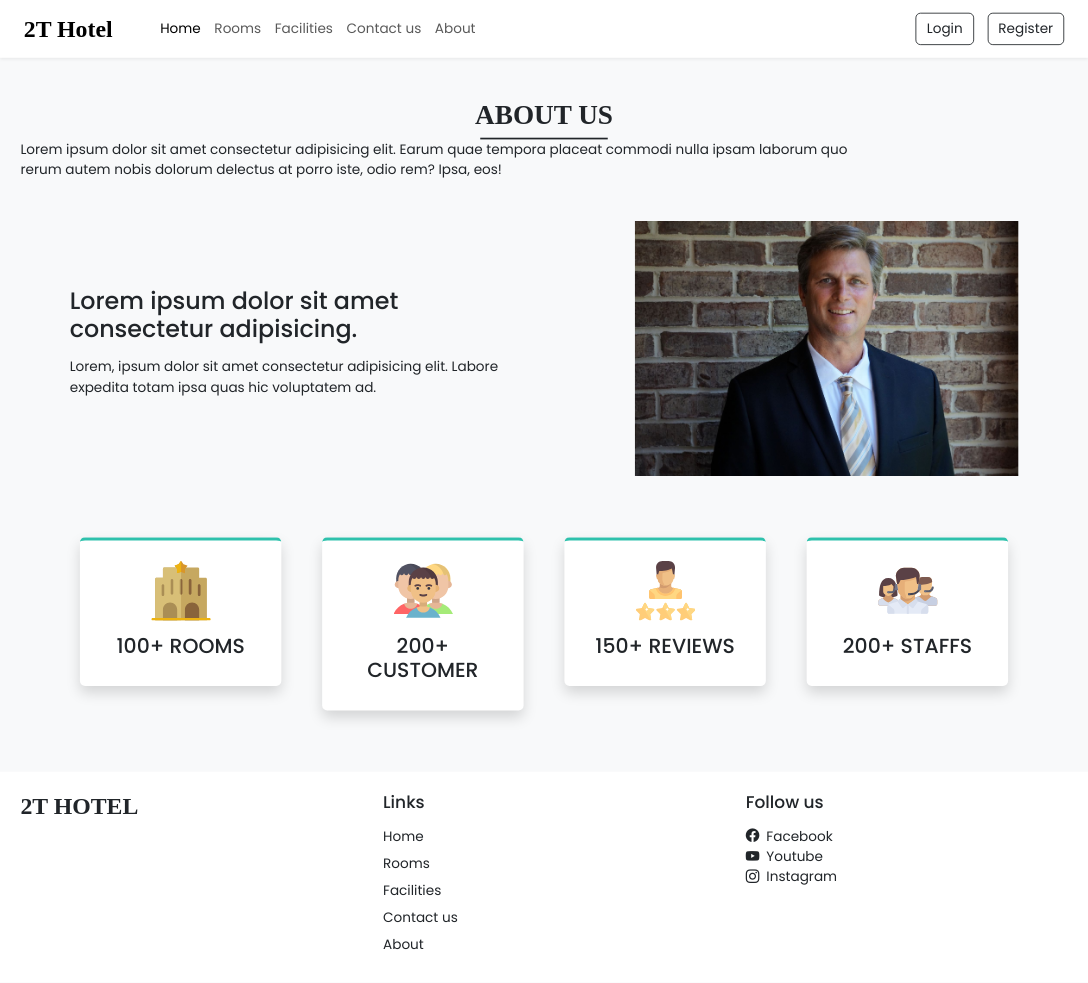
Repository: ntruong0906/desktop-tutorial
Page: http://localhost/about.php
The author's editor kept a copy of each file at every save. The page is drawn from the files as they stood at one save, then again after the next save.
The browser window is 1280 px wide. The pictures show the whole page, at 85% of full size.
Some web fonts or font styles are not loaded; a fallback is used. The page is run by PHP 8.4 with error messages shown; the project is at /var/www/html/.

Above is the page before, as saved 2024-03-19 00:26:48.

After the next save:
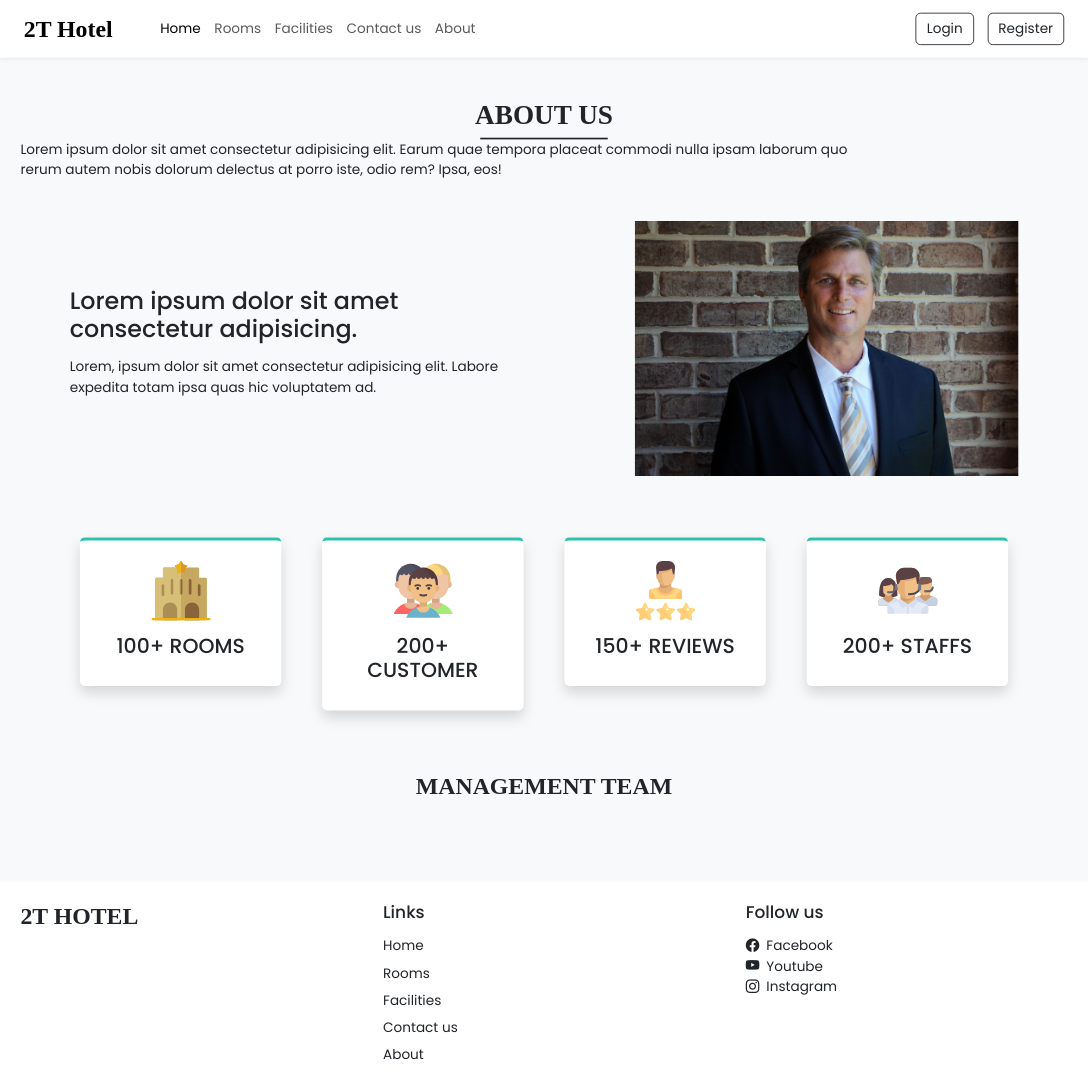
Saved 4 min 35 s later.
--- a/WebsiteBookingHotel/about.php
+++ b/WebsiteBookingHotel/about.php
@@ -76,6 +76,7 @@
                     <h4 class="mt-3">200+ STAFFS</h4>
                 </div>
             </div>
+            <h3 class="my-5 fw-bold h-font text-center">MANAGEMENT TEAM</h3>
         </div>
     </div>
 
